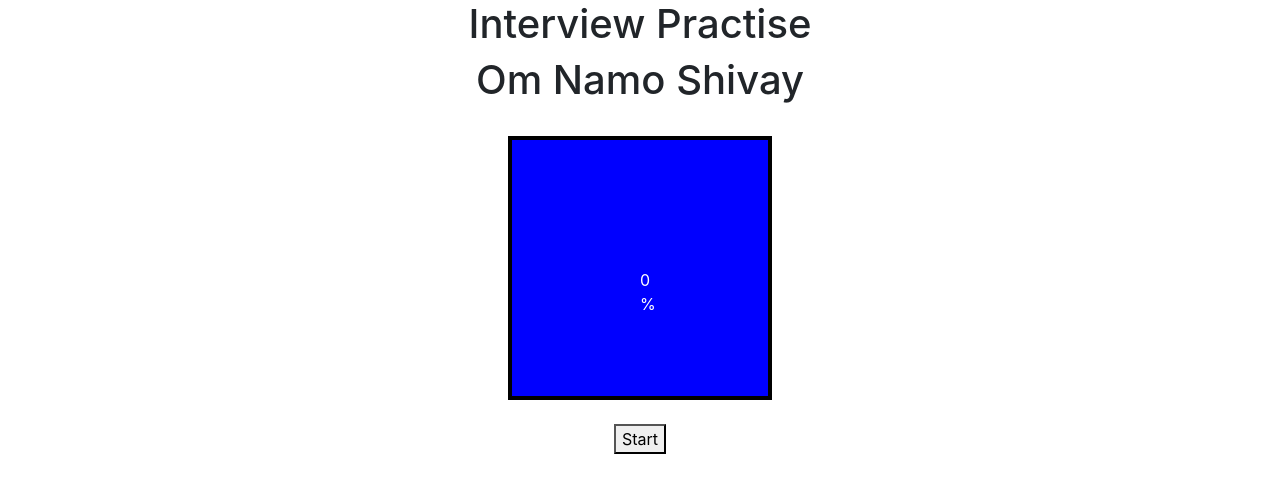
Repository: punitbathija/Machine-Round-React
Page: /
These files come from the project's save history. The page is drawn as it stood at one moment and after a run of saves; the edit follows.
The browser window is 1280 px wide. The pictures show the whole page.
The project was rebuilt for these pictures with package versions that can differ from the ones it lists, and the page was loaded fresh each time. Also part of the build but not shown: src/components/counter.jsx.

Above is the page before, as saved 2023-06-01 12:38:50.

### src/index.js
import React from "react";
import ReactDOM from "react-dom/client";
import Counter from "./components/counter";
import "./index.css";
import ProgressBar from "./components/ProgressBar";
// import FetchApi from "./components/FetchApi";

const root = ReactDOM.createRoot(document.getElementById("root"));
root.render(
  <>
    <h1 className="text-center">Interview Practise</h1>
    {/* <Counter /> */}
    {/* <FetchApi /> */}
    <ProgressBar />
  </>
);

### src/components/ProgressBar.js
import React, { useEffect, useState } from "react";

const ProgressBar = () => {
  const [progress, setProgress] = useState(0);
  const [isRunning, setIsRunning] = useState(false);

  useEffect(() => {
    if (progress < 100 && isRunning) {
      setTimeout(() => {
        setProgress((prev) => prev + 2);
      }, 100);
    }
  }, [isRunning, progress]);

  return (
    <div
      style={{
        display: "flex",
        flexDirection: "column",
        alignItems: "center",
        justifyContent: "center",
        margin: "auto",
      }}
    >
      <h1>Om Namo Shivay</h1>
      <br />
      <div
        style={{
          textAlign: "center",
          height: "20px",
          width: `${progress}%`,
          backgroundColor: "blue",
          color: "white",
          transition: "ease",
          border: "4px solid black",
          padding: "10%",
        }}
      >
        {progress} %
      </div>
      <br />
      <button onClick={() => setIsRunning(true)}>Start</button>
    </div>
  );
};

export default ProgressBar;

Loaded but not shown: public/index.html (common file); src/index.css (common file)

After the next 2 saves:
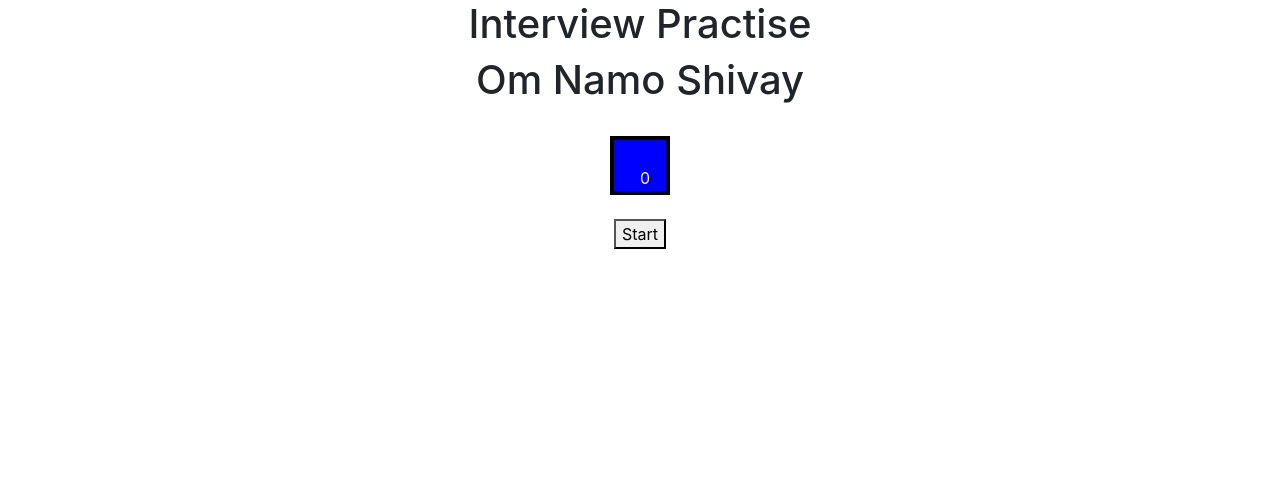
The 2 saves are shown as one change because they came seconds apart.
The last was saved 6 s later.
--- a/src/components/ProgressBar.js
+++ b/src/components/ProgressBar.js
@@ -33,7 +33,7 @@ const ProgressBar = () => {
           color: "white",
           transition: "ease",
           border: "4px solid black",
-          padding: "10%",
+          padding: "2%",
         }}
       >
         {progress} %
